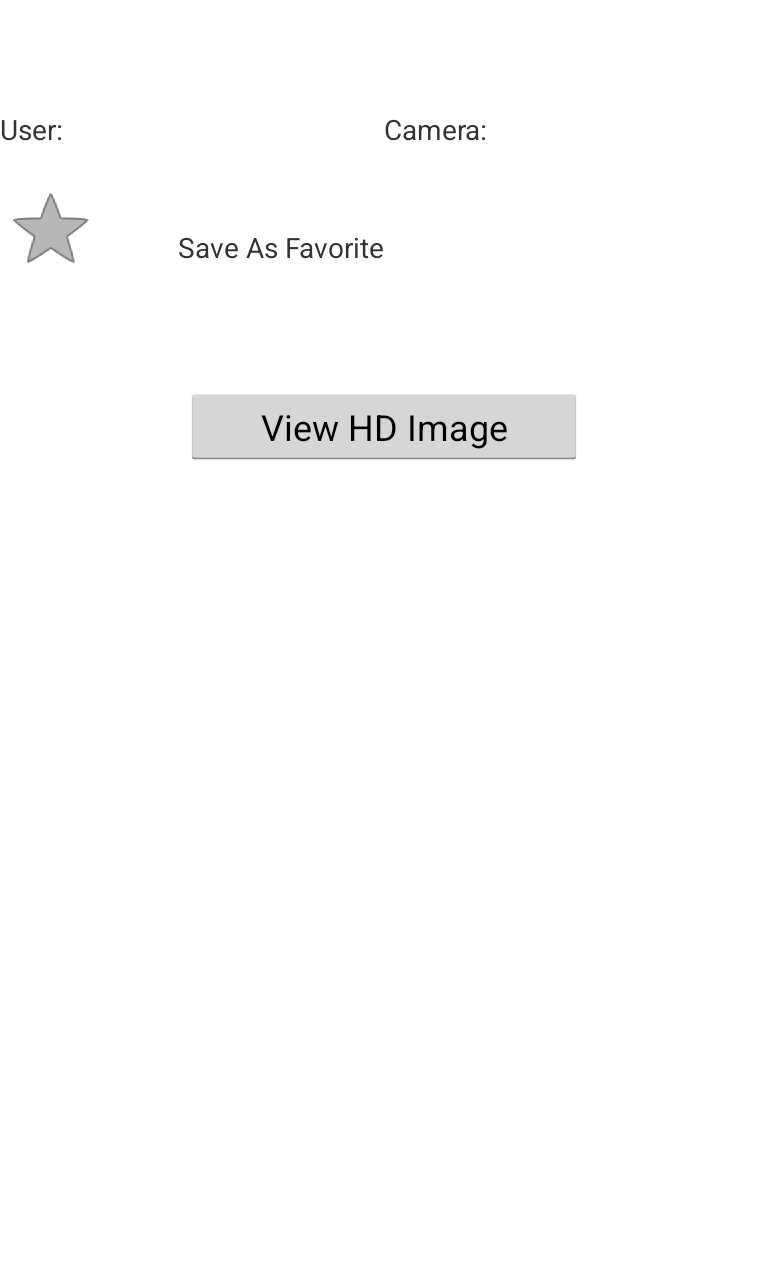
Repository: arianaantonio/Java2_Antonio
Layout: SpaceImageViewer/res/layout/details_activity.xml
These files come from the project's save history. The layout is drawn as it stood at one moment and after the next save; the edit follows.
It is drawn on a 768 x 1280 px phone screen (xhdpi) without system bars, with theme AppTheme; the app's code is not run.

Above is the layout before, as saved 2014-07-16 02:25:45.

### SpaceImageViewer/res/layout/details_activity.xml
<?xml version="1.0" encoding="utf-8"?>
<RelativeLayout xmlns:android="http://schemas.android.com/apk/res/android"
    android:layout_width="match_parent"
    android:layout_height="match_parent"
    android:orientation="vertical" >

    <TextView
        android:id="@+id/title"
        android:layout_width="wrap_content"
        android:layout_height="wrap_content"
        android:layout_alignParentTop="true"
        android:layout_centerHorizontal="true"
        android:layout_marginTop="18dp"
        android:text="" />

    <TextView
        android:id="@+id/user"
        android:layout_width="wrap_content"
        android:layout_height="wrap_content"
        android:layout_alignParentLeft="true"
        android:layout_below="@+id/title"
        android:layout_marginTop="18dp"
        android:text="@string/userString" />

    <TextView
        android:id="@+id/userName"
        android:layout_width="wrap_content"
        android:layout_height="wrap_content"
        android:layout_above="@+id/ratingBar"
        android:layout_marginLeft="18dp"
        android:layout_alignBottom="@+id/user"
        android:layout_toRightOf="@+id/user"
        android:text="" />

    <TextView
        android:id="@+id/cameraType"
        android:layout_width="wrap_content"
        android:layout_height="wrap_content"
        android:layout_alignParentRight="true"
        android:layout_alignBaseline="@+id/user"
        android:layout_alignBottom="@+id/user"
        android:layout_toRightOf="@+id/camera"
        android:text="" />

    <TextView
        android:id="@+id/camera"
        android:layout_width="wrap_content"
        android:layout_height="wrap_content"
        android:layout_alignBaseline="@+id/cameraType"
        android:layout_alignBottom="@+id/cameraType"
        android:layout_toRightOf="@+id/title"
        android:text="@string/cameraString" />

    <Button
        android:id="@+id/button1"
        android:layout_width="wrap_content"
        android:layout_height="wrap_content"
        android:layout_below="@+id/ratingBar"
        android:layout_centerHorizontal="true"
        android:layout_marginTop="46dp"
        android:minHeight="35dp"
        android:text="@string/HDbutton"
        android:width="200dp" />

    <RatingBar
        android:id="@+id/ratingBar"
        android:layout_width="wrap_content"
        android:layout_height="wrap_content"
        android:layout_alignRight="@+id/userName"
        android:layout_below="@+id/user"
        android:layout_marginTop="16dp"
        android:numStars="1"
        android:rating="0.0"
        android:stepSize="1.0" />

    <TextView
        android:id="@+id/textView1"
        android:layout_width="wrap_content"
        android:layout_height="wrap_content"
        android:layout_alignBottom="@+id/ratingBar"
        android:layout_marginBottom="14dp"
        android:layout_toLeftOf="@+id/title"
        android:text="@string/favorite" />

</RelativeLayout>

### SpaceImageViewer/res/values/strings.xml
<?xml version="1.0" encoding="utf-8"?>
<resources>

    <string name="app_name">Space Image Viewer</string>
    <string name="action_settings">Settings</string>
    <string name="textview_text">List of images of spiral galaxies</string>
    <string name="detail_view">Details:</string>
    <string name="Description">Image View</string>
    <color name="Purple">#7F00FF</color>
    <color name="Grey">#D8D8D8</color>
    <color name="Aqua">#99FFFF</color>
    <string name="userString">User:</string>
    <string name="cameraString">Camera:</string>
    <string name="HDbutton">View HD Image</string>
    <string name="detailactivity">Details Activity</string>
    <string name="favorite">Save As Favorite</string>


</resources>

Loaded but not shown: SpaceImageViewer/res/values/styles.xml (common file); SpaceImageViewer/res/values-v11/styles.xml (common file); SpaceImageViewer/res/values-v14/styles.xml (common file)

After the next save:
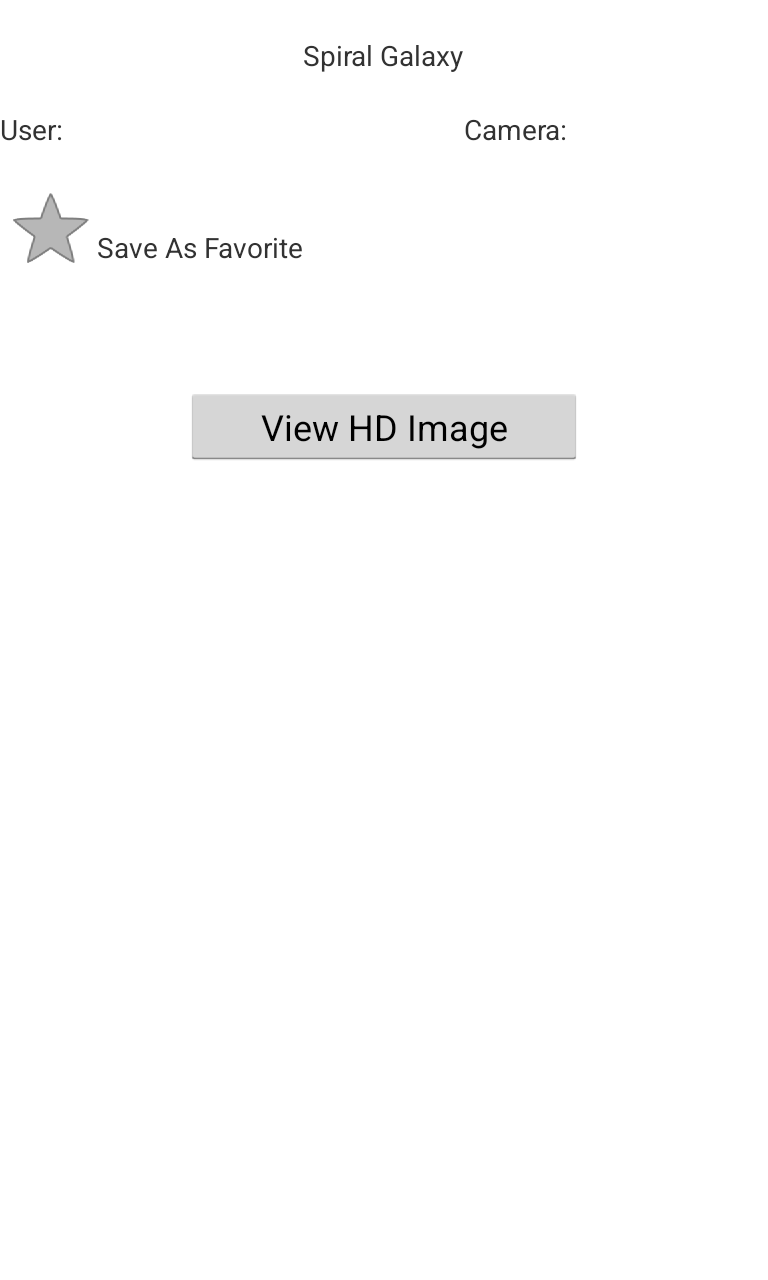
Saved 34 s later.
--- a/SpaceImageViewer/res/layout/details_activity.xml
+++ b/SpaceImageViewer/res/layout/details_activity.xml
@@ -11,7 +11,7 @@
         android:layout_alignParentTop="true"
         android:layout_centerHorizontal="true"
         android:layout_marginTop="18dp"
-        android:text="" />
+        android:text="Spiral Galaxy" />
 
     <TextView
         android:id="@+id/user"
